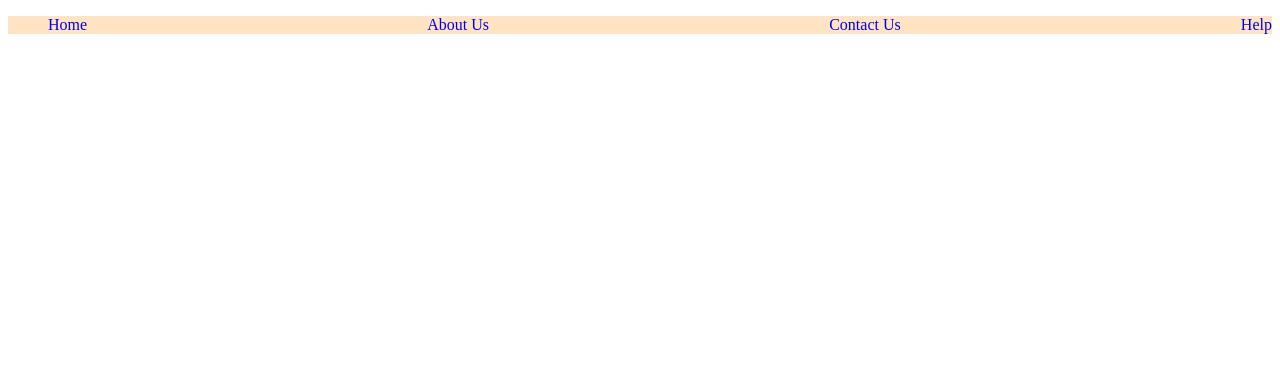
Repository: rakeshkolpepatil/CSS_Apana_College
Page: index.html
The author's editor kept a copy of each file at every save. The page is drawn from the files as they stood at one save, then again after the next save.
The browser window is 1280 px wide. The pictures show the whole page.

Above is the page before, as saved 2023-06-24 23:09:40.

After the next save:
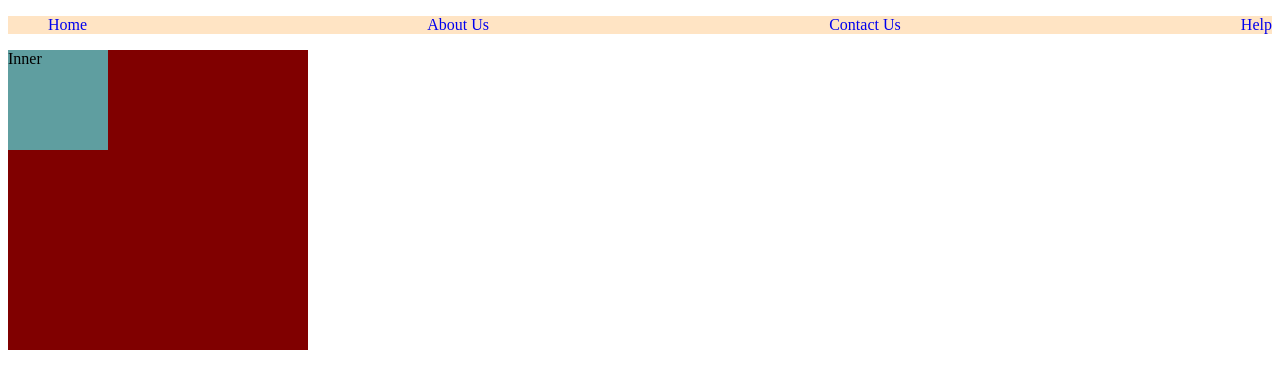
Saved 11 s later.
--- a/index.html
+++ b/index.html
@@ -15,5 +15,11 @@
       <li> <a class="litem" href="#"> Help </a> </li>
     </ul>
   </div>
+
+  <div id="outer">
+    <div id="inner">
+      Inner
+    </div>
+  </div>
 </body>
 </html>
